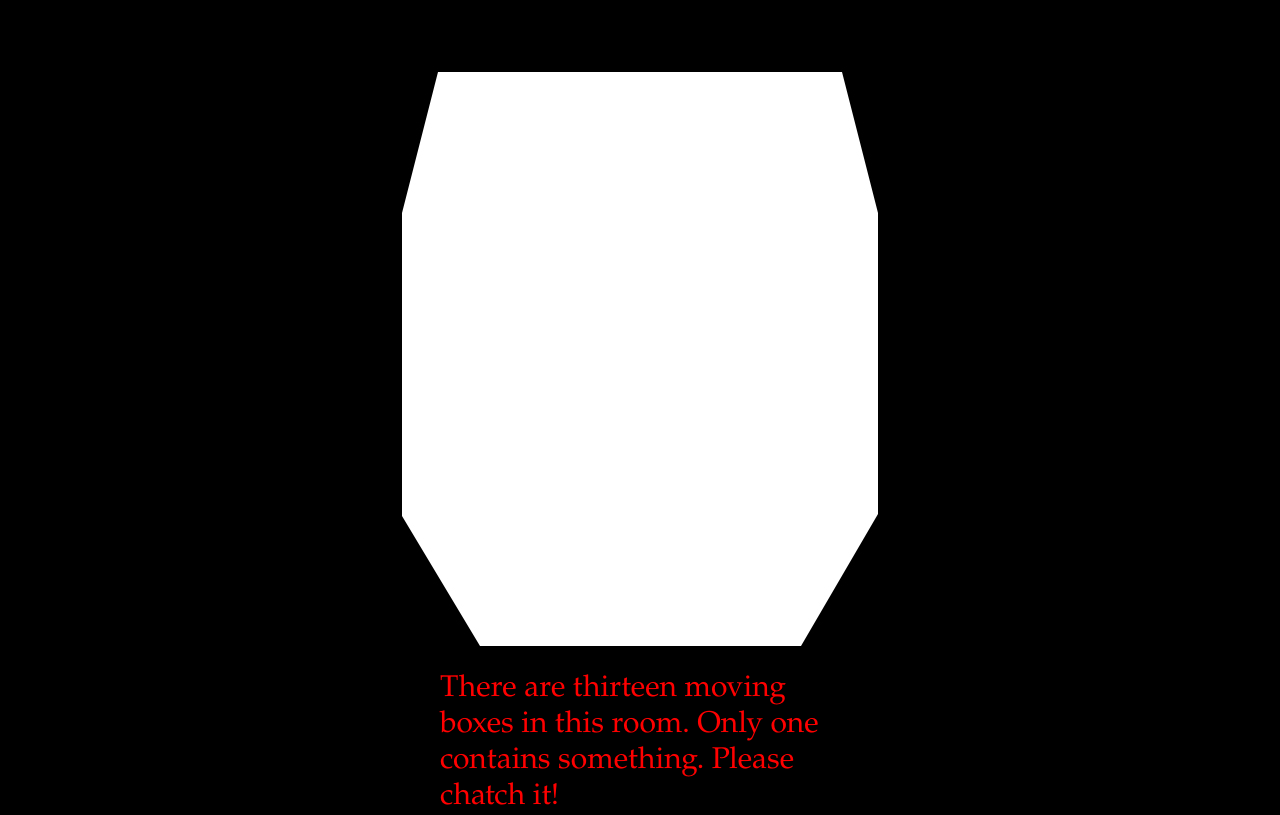
Repository: yiy225/yiy225.github.io
Page: final/b1.html
The author's editor kept a record of every edit. The page is drawn from the files as they stood at one moment, then again after the next edit.
The browser window is 1280 px wide. The pictures show the whole page.

Above is the page before.

### final/b1.html
<!DOCTYPE html>
<html>
   <head>
        <title>The Dance of Death</title>
        <link href="styles b.css" rel="stylesheet">
    </head>
    <body>
     <div class= div1></div>

     <div class= div2>
         <a href="page7" class="b1"></a>
         <div class= b2></div>
         <div class= b3></div>
         <div class= b4></div>
         <div class= b5></div>
         <div class= b6></div>
         <div class= b7></div>
         <div class= b8></div>
         <div class= b9></div>
         <div class= b10></div>
         <div class= b11></div>
         <div class= b12></div>
         <div class= b13></div>
         <br>
         <br>
         <br>
         <br>
         <br>
         <br>
         <br>
         <br>
         <div class= c1>
         There are thirteen moving boxes in this room. Only one contains something. Please chatch it!
         </div>
         </div>

    </body>
</html>

### final/styles b.css
body {
    background-color: black;
    font-size: 30px;
    font-family: Garamond, serif;
    text-align: center;
    color: red;
}


.div1 {
    margin: 0px auto;
    width: 200px;
    height: 50px ;
    text-align: center;
    margin-left: auto;
    margin-right: auto;

}

.div2 {
    background-image: url(b.jpg);
    height: 600px;
    width: 800px;
    z-index: 100;
    margin-left: auto;
    margin-right: auto;
    text-align: left;

}

.b1 {
  background-color: black;
  display: block;
  width: 25px;
  height: 25px;
  position: relative;
  text-align: center;
  -webkit-animation: mymove1 14s linear 0s infinite alternate; /* Chrome, Safari, Opera */
  animation: mymove 14s linear 0s infinite alternate;
}

/* Chrome, Safari, Opera */
@-webkit-keyframes mymove1 {
  0% {left:420px; top:390px;}
  25% {left:160px; top:40px;}
  50% {left:260px; top:180px;}
  75% {left:610px; top:560px;}
  100% {left:590px; top:430px;}
}

/* Standard syntax */
@keyframes mymove1 {
  0% {left:420px; top:390px;}
  25% {left:160px; top:40px;}
  50% {left:260px; top:180px;}
  75% {left:610px; top:560px;}
  100% {left:590px; top:430px;}
}

.b2 {
  background-color: black;
  width: 25px;
  height: 25px;
  position: relative;
  text-align: center;
  -webkit-animation: mymove2 10s linear 0s infinite alternate; /* Chrome, Safari, Opera */
  animation: mymove 10s linear 0s infinite alternate;
}

/* Chrome, Safari, Opera */
@-webkit-keyframes mymove2 {
  0% {left:250px; top:580px;}
  25% {left:410px; top:230px;}
  50% {left:620px; top:560px;}
  75% {left:180px; top:20px;}
  100% {left:330px; top:90px;}
}

/* Standard syntax */
@keyframes mymove2 {
  0% {left:250px; top:580px;}
  25% {left:410px; top:230px;}
  50% {left:620px; top:560px;}
  75% {left:180px; top:20px;}
  100% {left:330px; top:90px;}
}

.b3 {
  background-color: black;
  width: 25px;
  height: 25px;
  position: relative;
  text-align: center;
  -webkit-animation: mymove3 8s linear 0s infinite alternate; /* Chrome, Safari, Opera */
  animation: mymove 8s linear 0s infinite alternate;
}

/* Chrome, Safari, Opera */
@-webkit-keyframes mymove3 {
  0% {left:210px; top:500px;}
  25% {left:190px; top:390px;}
  50% {left:620px; top:410px;}
  75% {left:590px; top:400px;}
  100% {left:260px; top:90px;}
}

/* Standard syntax */
@keyframes mymove3 {
  0% {left:210px; top:500px;}
  25% {left:190px; top:390px;}
  50% {left:620px; top:410px;}
  75% {left:590px; top:400px;}
  100% {left:260px; top:90px;}
}

.b4 {
  background-color: black;
  width: 25px;
  height: 25px;
  position: relative;
  text-align: center;
  -webkit-animation: mymove2 12s linear 0s infinite alternate; /* Chrome, Safari, Opera */
  animation: mymove 12s linear 0s infinite alternate;
}

/* Chrome, Safari, Opera */
@-webkit-keyframes mymove2 {
  0% {left:520px; top:80px;}
  25% {left:460px; top:290px;}
  50% {left:310px; top:50px;}
  75% {left:280px; top:120px;}
  100% {left:350px; top:530px;}
}

/* Standard syntax */
@keyframes mymove2 {
  0% {left:520px; top:80px;}
  25% {left:460px; top:290px;}
  50% {left:310px; top:50px;}
  75% {left:280px; top:120px;}
  100% {left:350px; top:530px;}
}

.b5 {
  background-color: black;
  width: 25px;
  height: 25px;
  position: relative;
  text-align: center;
  -webkit-animation: mymove3 7s linear 0s infinite alternate; /* Chrome, Safari, Opera */
  animation: mymove 7s linear 0s infinite alternate;
}

/* Chrome, Safari, Opera */
@-webkit-keyframes mymove3 {
  0% {left:590px; top:50px;}
  25% {left:290px; top:520px;}
  50% {left:490px; top:450px;}
  75% {left:160px; top:250px;}
  100% {left:230px; top:350px;}
}

/* Standard syntax */
@keyframes mymove3 {
  0% {left:590px; top:50px;}
  25% {left:290px; top:520px;}
  50% {left:490px; top:450px;}
  75% {left:160px; top:250px;}
  100% {left:230px; top:350px;}
}

.b6 {
  background-color: black;
  width: 25px;
  height: 25px;
  position: relative;
  text-align: center;
  -webkit-animation: mymove2 11s linear 0s infinite alternate; /* Chrome, Safari, Opera */
  animation: mymove 11s linear 0s infinite alternate;
}

/* Chrome, Safari, Opera */
@-webkit-keyframes mymove2 {
  0% {left:340px; top:50px;}
  25% {left:210px; top:290px;}
  50% {left:510px; top:490px;}
  75% {left:410px; top:160px;}
  100% {left:230px; top:580px;}
}

/* Standard syntax */
@keyframes mymove2 {
  0% {left:340px; top:50px;}
  25% {left:210px; top:290px;}
  50% {left:510px; top:490px;}
  75% {left:410px; top:160px;}
  100% {left:230px; top:580px;}
}

.b7 {
  background-color: black;
  width: 25px;
  height: 25px;
  position: relative;
  text-align: center;
  -webkit-animation: mymove3 9s linear 0s infinite alternate; /* Chrome, Safari, Opera */
  animation: mymove 9s linear 0s infinite alternate;
}

/* Chrome, Safari, Opera */
@-webkit-keyframes mymove3 {
  0% {left:440px; top:520px;}
  25% {left:220px; top:40px;}
  50% {left:610px; top:360px;}
  75% {left:340px; top:480px;}
  100% {left:210px; top:260px;}
}

/* Standard syntax */
@keyframes mymove3 {
  0% {left:440px; top:520px;}
  25% {left:220px; top:40px;}
  50% {left:610px; top:360px;}
  75% {left:340px; top:480px;}
  100% {left:210px; top:260px;}
}

.b8 {
  background-color: black;
  width: 25px;
  height: 25px;
  position: relative;
  text-align: center;
  -webkit-animation: mymove2 13s linear 0s infinite alternate; /* Chrome, Safari, Opera */
  animation: mymove 13s linear 0s infinite alternate;
}

/* Chrome, Safari, Opera */
@-webkit-keyframes mymove2 {
  0% {left:350px; top:190px;}
  25% {left:430px; top:560px;}
  50% {left:460px; top:120px;}
  75% {left:170px; top:280px;}
  100% {left:640px; top:370px;}
}

/* Standard syntax */
@keyframes mymove2 {
  0% {left:350px; top:190px;}
  25% {left:430px; top:560px;}
  50% {left:460px; top:120px;}
  75% {left:170px; top:280px;}
  100% {left:640px; top:370px;}
}

.b9 {
  background-color: black;
  width: 25px;
  height: 25px;
  position: relative;
  text-align: center;
  -webkit-animation: mymove3 14s linear 0s infinite alternate; /* Chrome, Safari, Opera */
  animation: mymove 14s linear 0s infinite alternate;
}

/* Chrome, Safari, Opera */
@-webkit-keyframes mymove3 {
  0% {left:240px; top:70px;}
  25% {left:490px; top:530px;}
  50% {left:390px; top:390px;}
  75% {left:210px; top:110px;}
  100% {left:330px; top:550px;}
}

/* Standard syntax */
@keyframes mymove3 {
  0% {left:240px; top:70px;}
  25% {left:490px; top:530px;}
  50% {left:390px; top:390px;}
  75% {left:210px; top:110px;}
  100% {left:330px; top:550px;}
}

.b10 {
  background-color: black;
  width: 25px;
  height: 25px;
  position: relative;
  text-align: center;
  -webkit-animation: mymove2 10s linear 0s infinite alternate; /* Chrome, Safari, Opera */
  animation: mymove 10s linear 0s infinite alternate;
}

/* Chrome, Safari, Opera */
@-webkit-keyframes mymove2 {
  0% {left:450px; top:520px;}
  25% {left:300px; top:320px;}
  50% {left:180px; top:10px;}
  75% {left:600px; top:480px;}
  100% {left:230px; top:100px;}
}

/* Standard syntax */
@keyframes mymove2 {
  0% {left:450px; top:520px;}
  25% {left:300px; top:320px;}
  50% {left:180px; top:10px;}
  75% {left:600px; top:480px;}
  100% {left:230px; top:100px;}
}

.b11 {
  background-color: black;
  width: 25px;
  height: 25px;
  position: relative;
  text-align: center;
  -webkit-animation: mymove3 16s linear 0s infinite alternate; /* Chrome, Safari, Opera */
  animation: mymove 16s linear 0s infinite alternate;
}

/* Chrome, Safari, Opera */
@-webkit-keyframes mymove3 {
  0% {left:340px; top:580px;}
  25% {left:380px; top:420px;}
  50% {left:190px; top:30px;}
  75% {left:470px; top:300px;}
  100% {left:200px; top:550px;}
}

/* Standard syntax */
@keyframes mymove3 {
  0% {left:340px; top:580px;}
  25% {left:380px; top:420px;}
  50% {left:190px; top:30px;}
  75% {left:470px; top:300px;}
  100% {left:200px; top:550px;}
}

.b12 {
  background-color: black;
  width: 25px;
  height: 25px;
  position: relative;
  text-align: center;
  -webkit-animation: mymove2 13s linear 0s infinite alternate; /* Chrome, Safari, Opera */
  animation: mymove 13s linear 0s infinite alternate;
}

/* Chrome, Safari, Opera */
@-webkit-keyframes mymove2 {
  0% {left:600px; top:260px;}
  25% {left:520px; top:430px;}
  50% {left:590px; top:240px;}
  75% {left:230px; top:190px;}
  100% {left:280px; top:540px;}
}

/* Standard syntax */
@keyframes mymove2 {
  0% {left:600px; top:260px;}
  25% {left:520px; top:430px;}
  50% {left:590px; top:240px;}
  75% {left:230px; top:190px;}
  100% {left:280px; top:540px;}
}

.b13 {
  background-color: black;
  width: 25px;
  height: 25px;
  position: relative;
  text-align: center;
  -webkit-animation: mymove3 7s linear 0s infinite alternate; /* Chrome, Safari, Opera */
  animation: mymove 7s linear 0s infinite alternate;
}

/* Chrome, Safari, Opera */
@-webkit-keyframes mymove3 {
  0% {left:590px; top:50px;}
  25% {left:290px; top:520px;}
  50% {left:490px; top:450px;}
  75% {left:160px; top:250px;}
  100% {left:230px; top:350px;}
}

/* Standard syntax */
@keyframes mymove3 {
  0% {left:590px; top:50px;}
  25% {left:290px; top:520px;}
  50% {left:490px; top:450px;}
  75% {left:160px; top:250px;}
  100% {left:230px; top:350px;}
}

.c1{
    width: 400px;
    height: 100px;
    position: relative;
    margin-left:auto;
    margin-right:auto;
}

After the next edit:
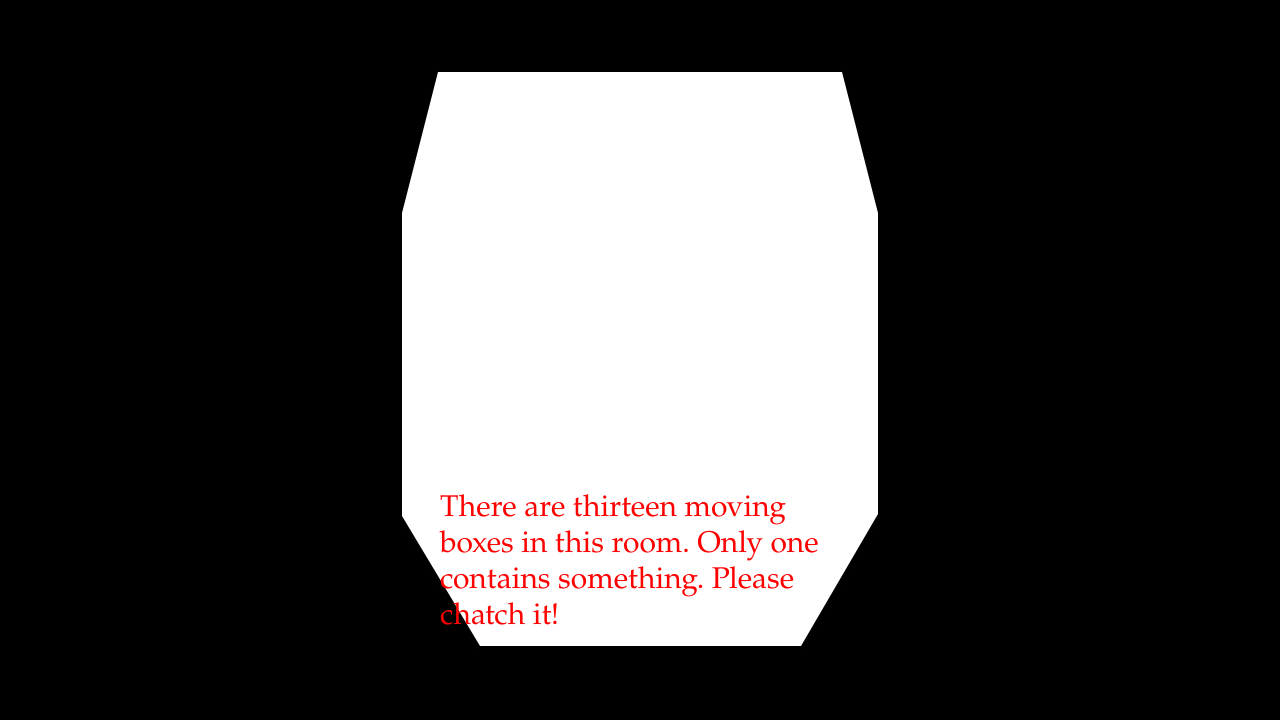
The edit:
--- a/final/b1.html
+++ b/final/b1.html
@@ -24,11 +24,6 @@
          <br>
          <br>
          <br>
-         <br>
-         <br>
-         <br>
-         <br>
-         <br>
          <div class= c1>
          There are thirteen moving boxes in this room. Only one contains something. Please chatch it!
          </div>
